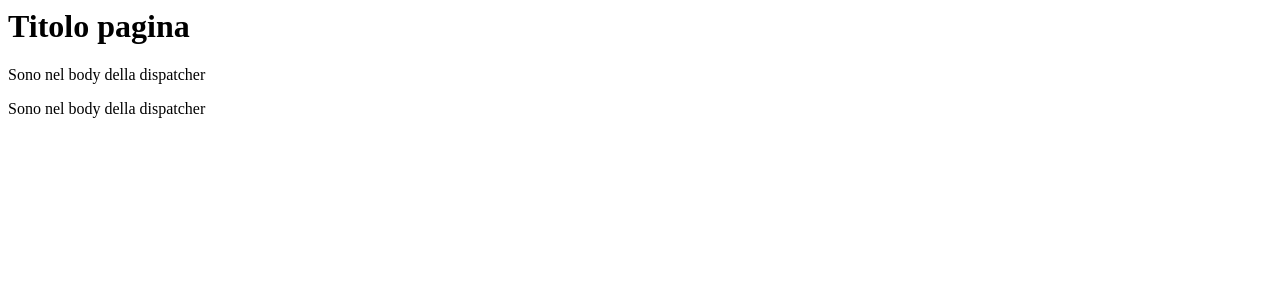
Repository: PcarloP/java_se
Page: http://localhost/anagraficaweb/jsp/login.jsp
These files come from the project's save history. The page is drawn as it stood at one moment and after the next save; the edit follows.
The browser window is 1280 px wide. The pictures show the whole page.
The page is served by Tomcat 10. Other server files are loaded and not shown.

Above is the page before, as saved 2025-06-20 12:21:51.

### anagraficaweb/WebContent/jsp/login.jsp
<h1>Titolo pagina</h1>
<p> Sono nel body della dispatcher</p>
<p> Sono nel body della dispatcher</p>

After the next save:
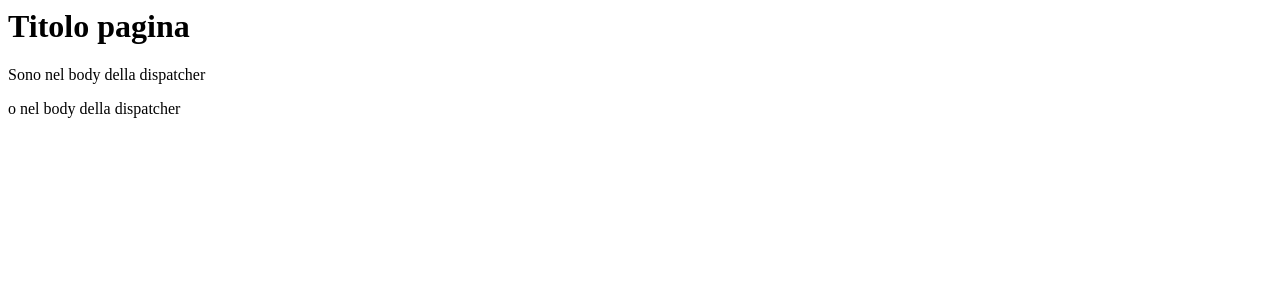
Saved 45 s later.
--- a/anagraficaweb/WebContent/jsp/login.jsp
+++ b/anagraficaweb/WebContent/jsp/login.jsp
@@ -1,3 +1 @@
-<h1>Titolo pagina</h1>
-<p> Sono nel body della dispatcher</p>
-<p> Sono nel body della dispatcher</p>
+<h1>Titolo pagina</h1> <p> Sono nel body della dispatcher</p>o nel body della dispatcher</p>
